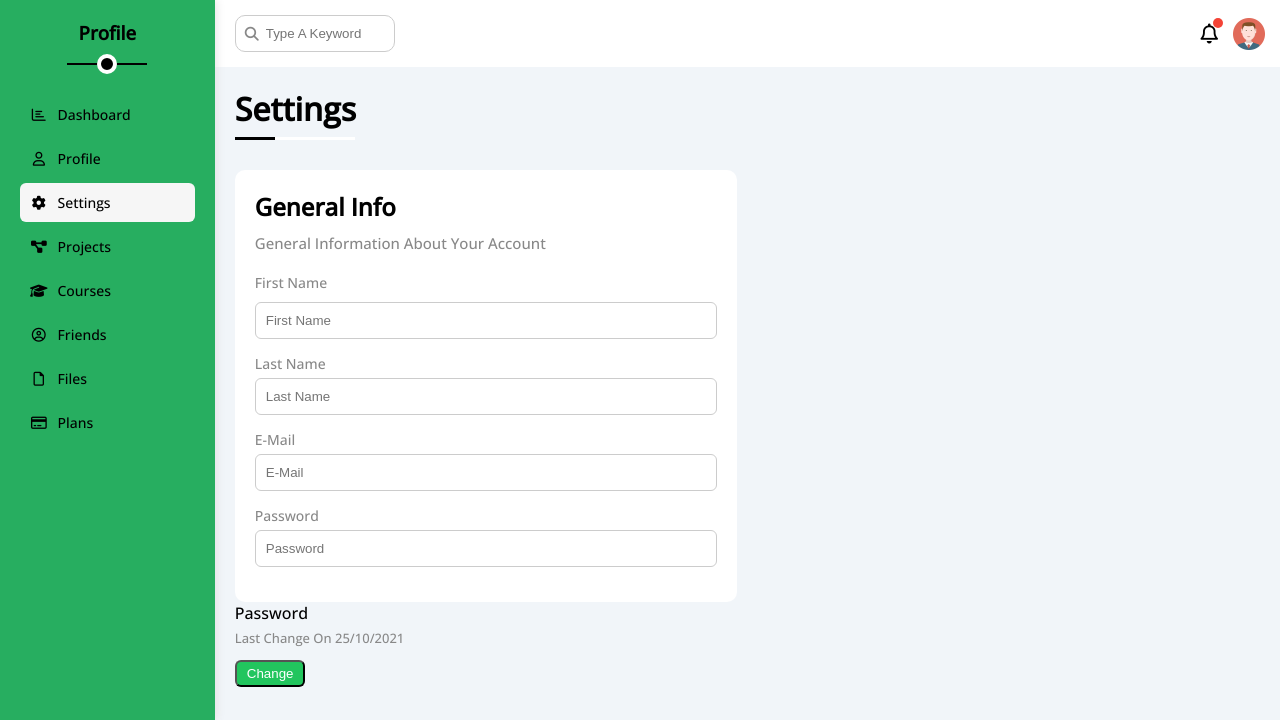
Repository: souhailaniba/Bookly
Page: public/assets/books webstie/settings.html
These files come from the project's save history. The page is drawn as it stood at one moment and after the next save; the edit follows.
The browser window is 1280 px wide. The pictures show the whole page.

Above is the page before, as saved 2023-01-27 15:02:15.

After the next save:
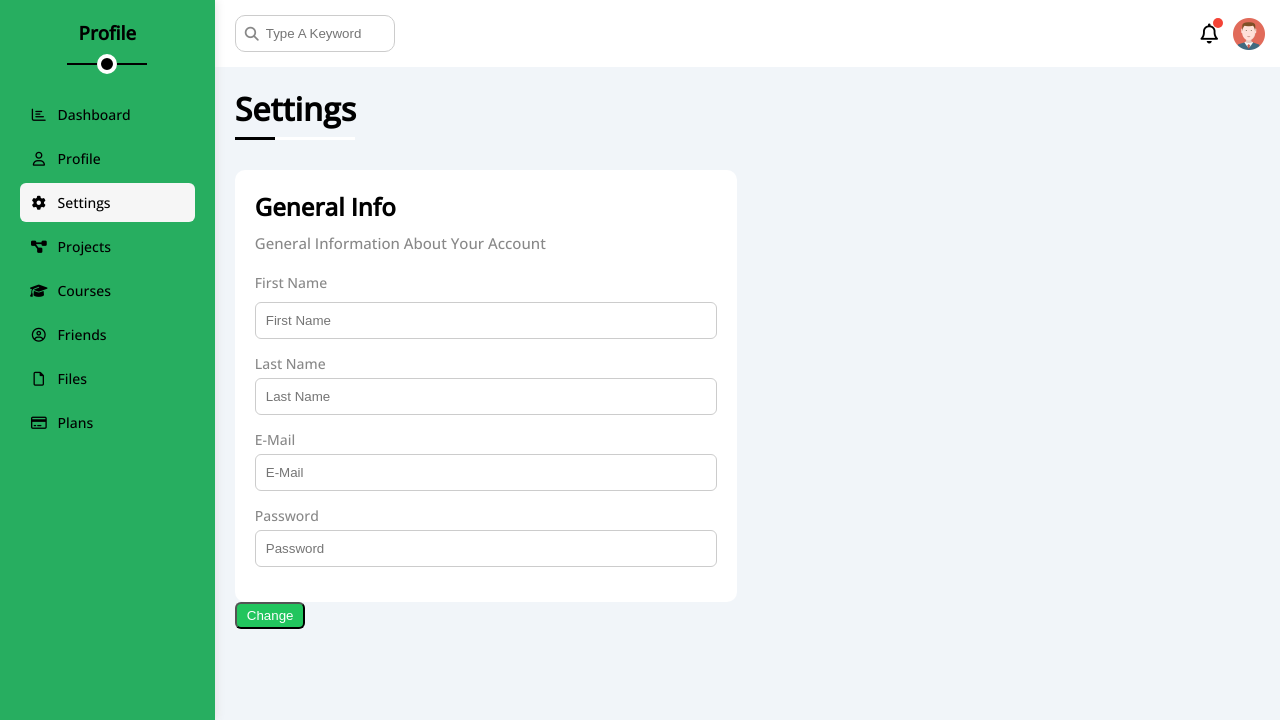
Saved 10 s later.
--- a/public/assets/books webstie/settings.html
+++ b/public/assets/books webstie/settings.html
@@ -125,10 +125,6 @@
                 />
               </div>
             </div>
-              <div>
-                <span>Password</span>
-                <p class="c-grey mt-5 mb-0 fs-13">Last Change On 25/10/2021</p>
-              </div>
               <button class="button bg-green c-white btn-shape" type="submit" action="">Change</button>
             </div>
           </div>

After the save that followed:
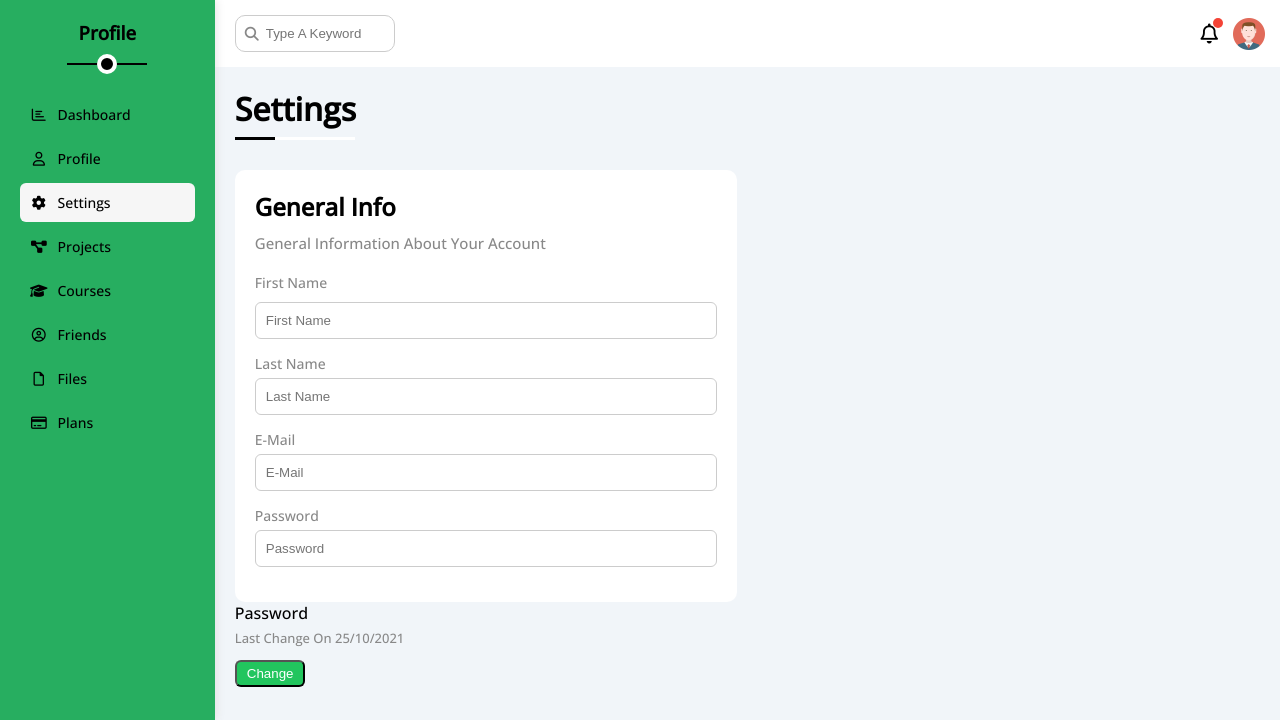
Saved 8 s later.
--- a/public/assets/books webstie/settings.html
+++ b/public/assets/books webstie/settings.html
@@ -125,6 +125,10 @@
                 />
               </div>
             </div>
+              <div>
+                <span>Password</span>
+                <p class="c-grey mt-5 mb-0 fs-13">Last Change On 25/10/2021</p>
+              </div>
               <button class="button bg-green c-white btn-shape" type="submit" action="">Change</button>
             </div>
           </div>
